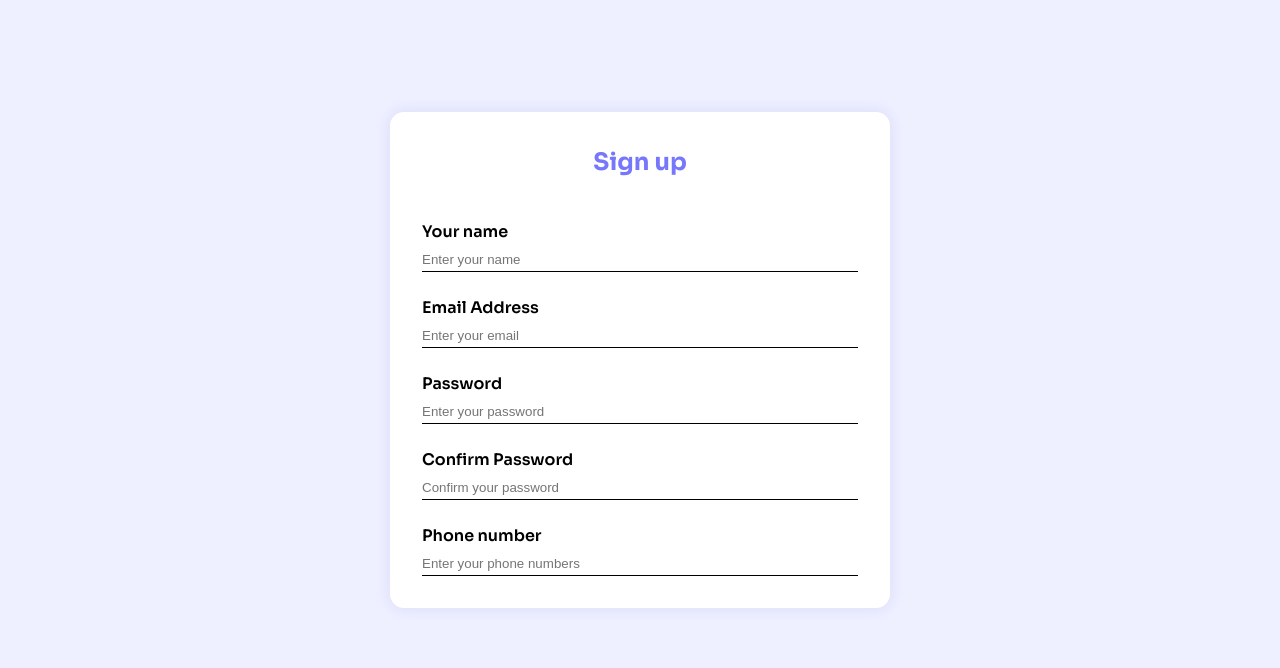
Repository: CarsonDev1/Formik
Page: /
An editor plug-in stored every save of this project. The page is shown before and after the next save, followed by the edit.
The browser window is 1280 px wide. The pictures show the whole page.
The project was rebuilt for these pictures with package versions that can differ from the ones it lists, and the page was loaded fresh each time.

Above is the page before, as saved 2022-08-28 09:34:19.

### public/index.html
<!DOCTYPE html>
<html lang="en">

<head>
  <meta charset="utf-8" />
  <link rel="icon" href="%PUBLIC_URL%/favicon.ico" />
  <meta name="viewport" content="width=device-width, initial-scale=1" />
  <meta name="theme-color" content="#000000" />
  <meta name="description" content="Web site created using create-react-app" />
  <link rel="apple-touch-icon" href="%PUBLIC_URL%/logo192.png" />
  <link rel="preconnect" href="https://fonts.googleapis.com">
  <link rel="preconnect" href="https://fonts.gstatic.com" crossorigin>
  <link
    href="https://fonts.googleapis.com/css2?family=Lato:ital,wght@0,300;0,400;0,700;1,300;1,400;1,700&family=Sora:wght@600;700;800&display=swap"
    rel="stylesheet">
  <!--
      manifest.json provides metadata used when your web app is installed on a
      user's mobile device or desktop. See https://developers.google.com/web/fundamentals/web-app-manifest/
    -->
  <link rel="manifest" href="%PUBLIC_URL%/manifest.json" />
  <!--
      Notice the use of %PUBLIC_URL% in the tags above.
      It will be replaced with the URL of the `public` folder during the build.
      Only files inside the `public` folder can be referenced from the HTML.

      Unlike "/favicon.ico" or "favicon.ico", "%PUBLIC_URL%/favicon.ico" will
      work correctly both with client-side routing and a non-root public URL.
      Learn how to configure a non-root public URL by running `npm run build`.
    -->
  <title>React App</title>
</head>

<body>
  <noscript>You need to enable JavaScript to run this app.</noscript>
  <div id="root"></div>
  <!--
      This HTML file is a template.
      If you open it directly in the browser, you will see an empty page.

      You can add webfonts, meta tags, or analytics to this file.
      The build step will place the bundled scripts into the <body> tag.

      To begin the development, run `npm start` or `yarn start`.
      To create a production bundle, use `npm run build` or `yarn build`.
    -->
</body>

</html>

### src/index.js
import React from "react";
import ReactDOM from "react-dom/client";
import App from "./App";

const root = ReactDOM.createRoot(document.getElementById("root"));
root.render(
	<React.StrictMode>
		<App />
	</React.StrictMode>
);

// If you want to start measuring performance in your app, pass a function
// to log results (for example: reportWebVitals(console.log))
// or send to an analytics endpoint. Learn more: https://bit.ly/CRA-vitals

### src/App.js
import "./App.css";
import SignupForm from "./Components/SignupForm";

function App() {
	return (
		<div className="App">
			<header>Sign up</header>
			<SignupForm />
		</div>
	);
}

export default App;

### src/App.css
*,
*::before,
*::after {
	box-sizing: border-box;
	padding: 0;
	margin: 0;
}
header {
	font-size: 1.5rem;
	color: rgb(119, 119, 252);
	font-weight: 700;
	text-align: center;
}
body {
	font-family: "Sora", sans-serif;
	display: flex;
	justify-content: center;
	align-items: center;
	min-height: 100vh;
	background-color: rgb(239, 240, 255);
	scroll-behavior: smooth;
	text-rendering: optimizeSpeed;
	line-height: 1.5;
	padding: 1rem 2rem 1rem 2rem;
	font-size: 1.15rem;
}
.App {
	background-color: white;
	padding: 2rem;
	min-width: 500px;
	border-radius: 14px;
	box-shadow: 0px 0px 14px 3px rgb(222, 224, 250);
}

### src/Components/SignupForm.jsx
import { useState } from "react";
import "./signup.css";
const SignupForm = () => {
	const [email, setEmail] = useState("");
	const [name, setName] = useState("");
	const [phone, setPhone] = useState("");
	const [password, setPassword] = useState("");
	const [confirmedPassword, setConfirmedPassword] = useState("");
	return (
		<section>
			<form className="infoform">
				<label> Your name </label>
				<input
					type="text"
					id="name"
					name="name"
					placeholder="Enter your name"
				/>
				<label> Email Address </label>
				<input
					type="email"
					id="email"
					name="email"
					placeholder="Enter your email"
				/>
				<label> Password </label>
				<input
					type="password"
					id="password"
					name="password"
					placeholder="Enter your password"
				/>
				<label> Confirm Password </label>
				<input
					type="password"
					id="confirmedpassword"
					name="confirmedpassword"
					placeholder="Confirm your password"
				/>
				<label> Phone number </label>
				<input
					type="text"
					id="phone"
					name="phone"
					placeholder="Enter your phone numbers"
				/>
			</form>
		</section>
	);
};

export default SignupForm;

### src/Components/signup.css
.infoform {
	display: flex;
	gap: 0.5rem;
	flex-direction: column;
	margin-top: 1.5rem;
	font-weight: 500;
	font-size: 1rem;
}
label {
	margin-top: 1rem;
}
input {
	border: none;
	border-bottom: 1px solid black;
	padding-bottom: 0.25rem;
	outline: none;
}

button {
	cursor: pointer;
	align-self: flex-end;
	padding: 0.5rem;
	background-color: rgb(104, 187, 255);
	color: white;
	border: none;
	font-size: 1rem;
	border-radius: 8px;
}

.errorMsg {
	max-width: 100%;
	font-size: 0.75rem;
	color: rgb(248, 106, 106);
}

After the next save:
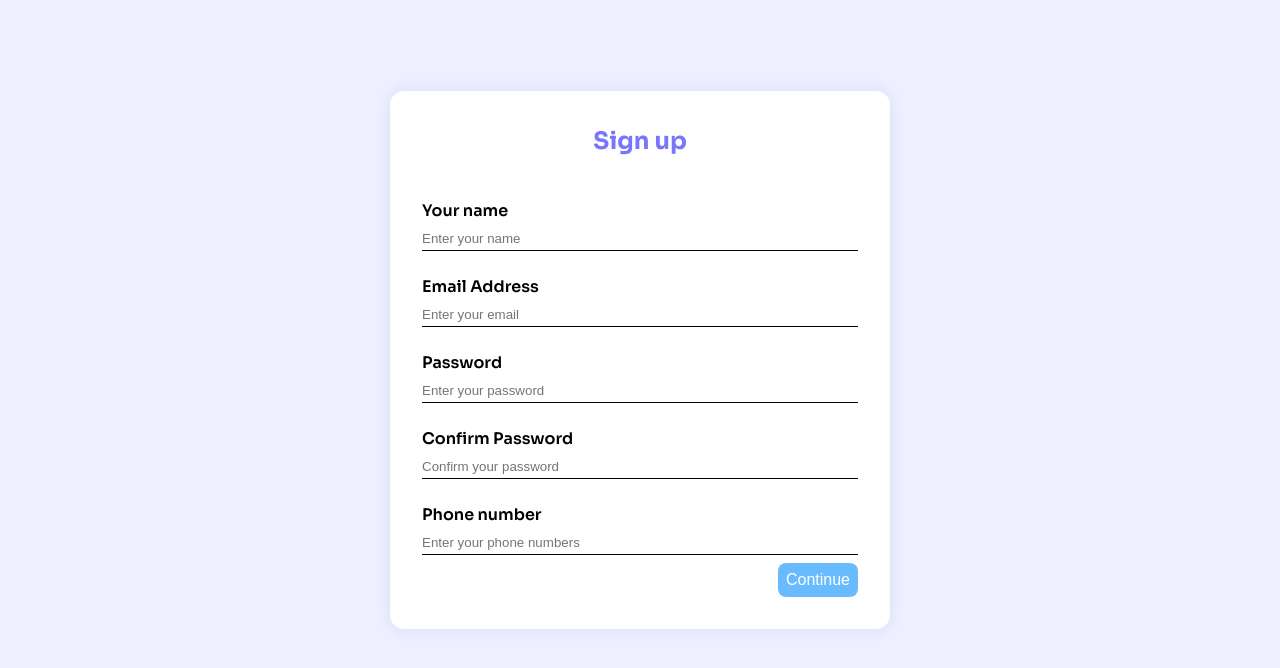
Saved 2 min 14 s later.
--- a/src/Components/SignupForm.jsx
+++ b/src/Components/SignupForm.jsx
@@ -44,6 +44,7 @@ const SignupForm = () => {
 					name="phone"
 					placeholder="Enter your phone numbers"
 				/>
+				<button type="submit"> Continue </button>
 			</form>
 		</section>
 	);
